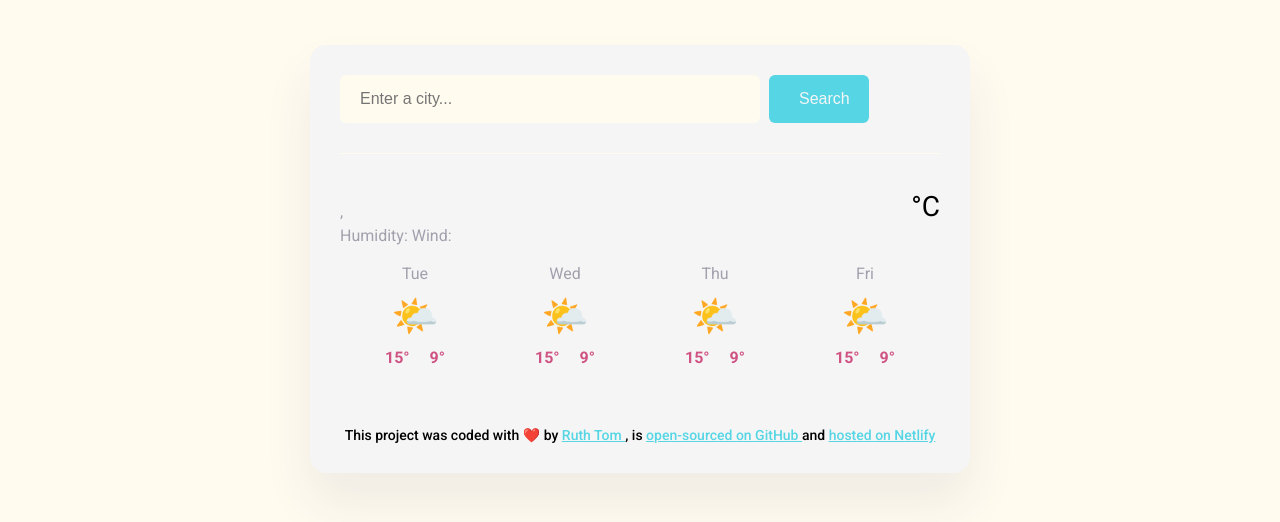
Repository: RuthTom711/Weatherly-App
Page: index.html
An editor plug-in stored every save of this project. The page is shown before and after the next save, followed by the edit.
The browser window is 1280 px wide. The pictures show the whole page.
The page's requests for data from a server got no answer. Some web libraries are served in a nearby version.

Above is the page before, as saved 2025-11-13 20:27:18.
Console error (its wording comes from the project's code and is left out).

### index.html
<!DOCTYPE html>
<html lang="en">
  <head>
    <meta charset="UTF-8" />
    <meta name="viewport" content="width=device-width, initial-scale=1.0" />
    <link rel="preconnect" href="https://fonts.googleapis.com" />
    <link rel="preconnect" href="https://fonts.gstatic.com" crossorigin />
    <link
      href="https://fonts.googleapis.com/css2?family=Roboto+Mono:ital,wght@0,100..700;1,100..700&family=Roboto:ital,wght@0,100..900;1,100..900&family=Work+Sans:ital,wght@0,100..900;1,100..900&display=swap"
      rel="stylesheet"
    />
    <link rel="stylesheet" href="src/styles.css" />
    <script src="https://unpkg.com/axios@1.1.2/dist/axios.min.js"></script>
    <title>Weatherly App</title>
  </head>

  <body>
    <div class="weather-app">
      <header>
        <form class="search-form" id="search-form">
          <input
            type="search"
            placeholder="Enter a city..."
            required
            id="search-form-input"
            class="search-form-input"
          />
          <input type="Submit" value="Search" class="search-form-button" />
        </form>
      </header>

      <main>
        <div class="weather-app-data">
          <div>
            <h1 class="weather-app-city" id="city"></h1>
            <p class="weather-app-details">
              <span id="time"></span>, <span id="description"></span>
              <br />
              Humidity: <strong id="humidity"></strong> Wind:
              <strong id="wind-speed"></strong>
            </p>
          </div>
          <div class="weather-app-temparature-container">
            <div id="icon"></div>
            <div class="weather-app-temperature" id="temperature"></div>
            <div class="weather-app-unit">°C</div>
          </div>
        </div>

        <div class="weather-forecast">
          <div class="weather-forecast-day">
            <div class="weather-forecast-date">Tue</div>
            <div class="weather-forecast-icon">🌤️</div>
            <div class="weather-forecast-temperatures">
              <div class="weather-forecast-temperature"><strong>15°</strong></div>
              <div class="weather-forecast-temperature"><strong>9°</strong></div>
            </div>
          </div>

          <div class="weather-forecast-day">
            <div class="weather-forecast-date">Wed</div>
            <div class="weather-forecast-icon">🌤️</div>
            <div class="weather-forecast-temperatures">
              <div class="weather-forecast-temperature"><strong>15°</strong></div>
              <div class="weather-forecast-temperature"><strong>9°</strong></div>
            </div>
          </div>

          <div class="weather-forecast-day">
            <div class="weather-forecast-date">Thu</div>
            <div class="weather-forecast-icon">🌤️</div>
            <div class="weather-forecast-temperatures">
              <div class="weather-forecast-temperature"><strong>15°</strong></div>
              <div class="weather-forecast-temperature"><strong>9°</strong></div>
            </div>
          </div>

          <div class="weather-forecast-day">
            <div class="weather-forecast-date">Fri</div>
            <div class="weather-forecast-icon">🌤️</div>
            <div class="weather-forecast-temperatures">
              <div class="weather-forecast-temperature"><strong>15°</strong></div>
              <div class="weather-forecast-temperature"><strong>9°</strong></div>
            </div>
          </div>


        </div>
      </main>

      <footer>
        This project was coded with ❤️ by
        <a href="https://github.com/RuthTom711" target="_blank"> Ruth Tom </a>,
        is
        <a href="https://github.com/RuthTom711/Weatherly-App" target="_blank">
          open-sourced on GitHub
        </a>
        and
        <a
          href="https://app.netlify.com/projects/ruth-weatherly-app/"
          target="_blank"
        >
          hosted on Netlify
        </a>
      </footer>
    </div>
    <script src="src/index.js"></script>
  </body>
</html>

### src/styles.css
body {
    background-color: #fffbef;
    font-family: "Roboto",sans-serif;
}

a{
    color: #56d5e4;
}

.weather-app {
    background: whitesmoke;
    max-width: 600px;
    margin: 45px auto;
    padding: 30px;
    box-shadow: 0 30px 50px rgba(65, 50, 100, 0.08);
    border-radius: 16px;
}
header{
    border-bottom: 1px solid #fffbef;
    padding: 0 0 30px 0;
}

.search-form-input {
    background-color: #fffbef;
    border: none;
    border-radius: 6px;
    width: 70%;
    font-size: 16px;
    padding: 15px 20px;
}

.search-form-button {
    background: #56d5e4;
    padding: 15px 30px;
    border: none;
    font-size: 16px;
    margin-left: 5px;
    border-radius: 6px;
    color: whitesmoke;
    width: 100px;
}

main {
    padding: 30px 0;
    }
.weather-app-city {
    margin: 0;
    font-size: 38px;
    line-height: 48px;
}
.weather-app-data {
    display: flex;
    justify-content: space-between;
}

.weather-app-details {
    font-size: 16px;
    line-height: 24px;
    color: rgba(39, 33, 66, 0.4);
    font-weight: 500px;
}

.weather-app-details strong{
    color: #cf5282
}

.weather-app-temparature-container {
    display: flex;

}

.weather-app-temperature{
    font-size: 88px;
    font-weight: bold;
    line-height: 88px;
}
.weather-app-icon{
    width: 88px;
    height: 88px;

}
.weather-app-unit{
    margin-top: 6px;
    font-size: 28px;
}

.weather-forecast {
    display: flex;
    justify-content: space-around;
    margin-top: 30;

}
.weather-forecast-date {
    text-align: center;
    color: rgba(39, 33, 66, 0.4);
    font-size: 16px;
    line-height: 20px;
    margin-bottom: 10px;

}
.weather-forecast-icon {
 font-size: 38px;
 text-align: center;
}

.weather-forecast-temperatures {
    text-align: center;
    color: #cf5282;
    display: flex;
    justify-content: center;
    margin-top: 10px;
}
.weather-forecast-temperature {
    padding: 0 10px;

}
footer {

    padding: 30px 0 0 0;
    text-align: center;
    font-weight: 500;
    font-size: 14px;
    color: rgba (0, 0, 0, 0.6);
}

### src/index.js
function refreshWeather(response){
    let temperatureElement = document.querySelector("#temperature");
    let temperature = response.data.temperature.current;
    let cityElement = document.querySelector("#city")
    let descriptionElement = document.querySelector("#description");
    let humidityElement = document.querySelector("#humidity");
    let windSpeedElement = document.querySelector("#wind-speed");
    let timeElement = document.querySelector("#time");
    let date = new Date(response.data.time * 1000);
    let iconElement= document.querySelector("#icon")



    cityElement.innerHTML = response.data.city;
    timeElement.innerHTML = formatDate(date);
    descriptionElement.innerHTML = response.data.condition.description;
    humidityElement.innerHTML = `${response.data.temperature.humidity}%`;
    windSpeedElement.innerHTML = `${response.data.wind.speed}km/h`;
    temperatureElement.innerHTML = Math.round(temperature);
    iconElement.innerHTML = `<img src="${response.data.condition.icon_url}" class="weather-app-icon" />`;
}

function formatDate(date) {

    let minutes = date.getMinutes();
    let hours = date.getHours();
    let days = [
        "sunday",
        "Monday",
        "Tuesday",
        "Wednesday",
        "Thursday",
        "Friday",
        "Saturday",

    ];
    let day = days [date.getDay()];

    if (minutes < 10) {
        minutes = `0${minutes}`;
    }

    return `${day} ${hours}: ${minutes}`;
}

function searchCity(city) {
    let apiKey = "2bf02005obb4ft73c247eba0b4e8f73d";
    let apiUrl = `https://api.shecodes.io/weather/v1/current?query=${city}&key=${apiKey}&units=metric`;
    axios.get(apiUrl).then(refreshWeather);
}

function handleSearchSubmit(event) {
    event.preventDefault();
    let searchInput = document.querySelector("#search-form-input");

    searchCity(searchInput.value);

}

let searchFormElement = document.querySelector("#search-form");
searchFormElement.addEventListener("submit", handleSearchSubmit);

searchCity("Cape Town");

After the next save:
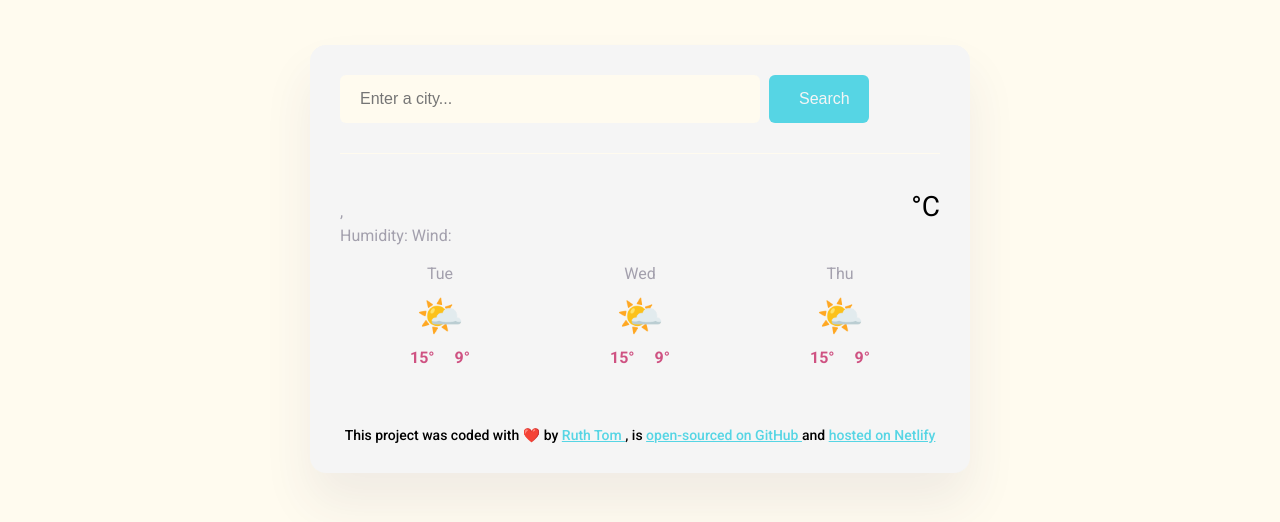
Saved 4 s later.
--- a/index.html
+++ b/index.html
@@ -75,14 +75,7 @@
             </div>
           </div>
 
-          <div class="weather-forecast-day">
-            <div class="weather-forecast-date">Fri</div>
-            <div class="weather-forecast-icon">🌤️</div>
-            <div class="weather-forecast-temperatures">
-              <div class="weather-forecast-temperature"><strong>15°</strong></div>
-              <div class="weather-forecast-temperature"><strong>9°</strong></div>
-            </div>
-          </div>
+
 
 
         </div>
